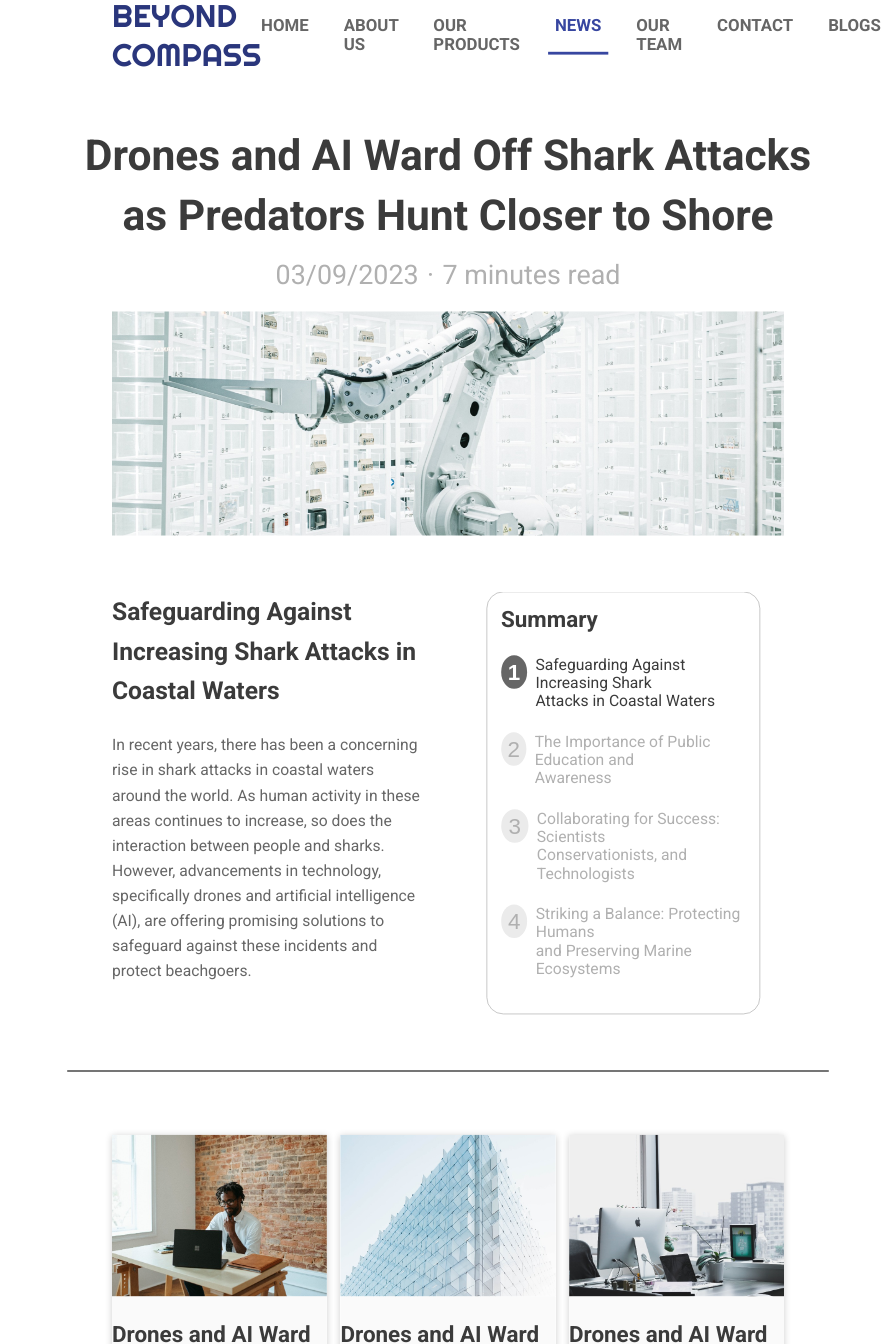
Repository: trunghau06/baitapRn
Page: pages/detailNews.html
An editor plug-in stored every save of this project. The page is shown before and after a run of saves, followed by the edit.
The browser window is 1280 px wide. The pictures show the part of the page from y = 0 to 1920 px (the page is 3676 px tall before and 3659 px after), at 70% of full size.
An inner scrolling area shows only its first screen.

Above is the page before, as saved 2025-10-09 22:06:46.

### pages/detailNews.html
<!DOCTYPE html>
<html lang="en">
<head>
    <meta charset="UTF-8">
    <meta name="viewport" content="width=device-width, initial-scale=1.0">
    <title>News</title>
    <link rel="stylesheet" href="../style/detailNews.css?v=1">
    <link rel="stylesheet" href="https://cdnjs.cloudflare.com/ajax/libs/font-awesome/6.5.1/css/all.min.css">
    <link href="https://fonts.googleapis.com/css2?family=Roboto:wght@400;700&display=swap" rel="stylesheet">
</head>
<body>
    <!-- Thanh Header -->
    <header>
        <div class="header-Page">
            <!-- Logo -->
            <div class="logo">BEYOND COMPASS</div>

            <!-- Navigation Menu -->
            <nav>
                <ul>
                    <li><a href="../index.html"               >HOME        </a></li>
                    <li><a href="about.html"              >ABOUT US    </a></li>
                    <li><a href="product.html"            >OUR PRODUCTS</a></li>
                    <li><a href="news.html" class="active">NEWS        </a></li>
                    <li><a href="team.html"               >OUR TEAM    </a></li>
                    <li><a href="contact.html"            >CONTACT     </a></li>
                    <li><a href="blogs.html"              >BLOGS       </a></li>
                </ul>
            </nav>
        </div>
    </header>

    <div class="title-detail">
        <h1>
            Drones and AI Ward Off Shark Attacks<br>
            as Predators Hunt Closer to Shore
        </h1>

        <div class="time">
            <p>03/09/2023</p>

            <p>·</p>

            <p>7 minutes read</p>
        </div>
    </div>

    <div class="image-title">
        <img src="../Images/image_new_detail1.jpg" alt="">
    </div>

    <div class="content">
        <div class="left-content">
            <h2>
                Safeguarding Against Increasing Shark Attacks in<br>
                Coastal Waters
            </h2>

            <p>
                In recent years, there has been a concerning rise in shark attacks in coastal waters around the
                world. As human activity in these areas continues to increase, so does the interaction between
                people and sharks. However, advancements in technology, specifically drones and artificial
                intelligence (AI), are offering promising solutions to safeguard against these incidents and
                protect beachgoers.
            </p>

            <p>
                One of the key advantages of drones is their ability to provide an aerial perspective of the coastal
                waters. Equipped with high-resolution cameras and real-time video streaming capabilities, drones
                can quickly and efficiently survey large stretches of coastline, identifying potential shark activity.
                This enables authorities to promptly alert beach authorities and visitors, allowing them to take
                necessary precautions or evacuate the area if needed.
            </p>

            <p>
                But it doesn't stop there. AI plays a crucial role in analyzing the vast amount of data collected by
                drones. By employing machine learning algorithms, AI systems can detect patterns and
                behaviors indicative of sharks. These algorithms can distinguish between different marine
                species, including sharks, based on their size, shape, and movement patterns. This automated
                analysis significantly reduces the time and effort required for human operators to manually
                review the drone footage, ensuring a more efficient and accurate identification process.
            </p>

            <p>
                In addition to real-time monitoring, drones equipped with AI can also act as early warning
                systems. By continuously monitoring the behavior of sharks in coastal waters, AI algorithms can
                predict the likelihood of an attack occurring. This proactive approach allows authorities to
                implement preventive measures such as deploying shark nets, increasing lifeguard presence, or
                even temporarily closing beaches during periods of heightened risk.
            </p>

            <h2>The Importance of Public Education and Awareness</h2>

            <p>
                Furthermore, the combination of drones and AI can facilitate rapid response strategies in the
                event of a shark sighting. Drones can quickly relay information to lifeguards or emergency
                responders, enabling them to reach the scene promptly and take appropriate action. This can
                include issuing warnings, guiding people away from the area, or initiating rescue operations if
                necessary.
            </p>

            <p>
                It's important to note that while drones and AI offer valuable tools in mitigating shark attacks,
                they should not be seen as a standalone solution. Public education and awareness programs are
                equally crucial in promoting responsible behavior and ensuring beachgoers understand the
                potential risks associated with entering the water. Additionally, ongoing research and
                collaboration between marine biologists, conservation organizations, and technology developers
                are vital in refining these technologies and enhancing their effectiveness over time.
            </p>

            <p>
                As we continue to navigate the delicate balance between human recreational activities and the
                natural environment, the integration of drones and AI in coastal safety measures represents a
                significant step forward. By harnessing the power of technology, we can better protect both
                humans and marine wildlife, creating a safer and more harmonious coexistence in our coastal
                waters.
            </p>

            <img src="../Images/image_new_detail2.jpg" alt="">
        </div>

        <div class="right-content">
            <div class="box-right">
                <h3>Summary</h3>

                <div class="number-active">
                    <button>1</button>

                    <p>
                        Safeguarding Against Increasing Shark<br>
                        Attacks in Coastal Waters
                    </p>
                </div>

                <div class="number">
                    <button>2</button>

                    <p>
                        The Importance of Public Education and<br>
                        Awareness
                    </p>
                </div>

                <div class="number">
                    <button>3</button>

                    <p>
                        Collaborating for Success: Scientists<br>
                        Conservationists, and Technologists
                    </p>
                </div>

                <div class="number">
                    <button>4</button>

                    <p>
                        Striking a Balance: Protecting Humans<br>
                        and Preserving Marine Ecosystems
                    </p>
                </div>
            </div>
        </div>
    </div>

    <div class="line-content"></div>

    <div class="box-section">
        <!-- box 1 -->
        <div class="box">
            <img src="../Images/image_new_2.jpg" alt="">

            <div class="content-box">
                <h4>
                    Drones and AI Ward Off Shark<br>
                    Attacks as Predators Hunt Closer <br>
                    to Shore
                </h4>

                <p>
                    Digital product design news, articles, and resources...<br>
                    delivered straight to your inbox...
                </p>

                <div class="calendar-Box">
                    <img src="../Images/ic_calendar.png" alt="">

                    <p>03/09/2023</p>
                </div>

                <div class="detail-Box">
                    <a href="detailNews.html">Read more <i class="fas fa-chevron-right"></i></a>
                </div>
            </div>
        </div>

        <!-- box 2 -->
        <div class="box">
            <img src="../Images/image_new_3.jpg" alt="">

            <div class="content-box">
                <h4>
                    Drones and AI Ward Off Shark<br>
                    Attacks as Predators Hunt Closer <br>
                    to Shore
                </h4>

                <p>
                    Digital product design news, articles, and resources...<br>
                    delivered straight to your inbox...
                </p>

                <div class="calendar-Box">
                    <img src="../Images/ic_calendar.png" alt="">

                    <p>03/09/2023</p>
                </div>

                <div class="detail-Box">
                    <p>Read now <i class="fas fa-chevron-right"></i></p>
                </div>
            </div>
        </div>

        <!-- box 3 -->
        <div class="box">
            <img src="../Images/image_new_4.jpg" alt="">

            <div class="content-box">
                <h4>
                    Drones and AI Ward Off Shark<br>
                    Attacks as Predators Hunt Closer <br>
                    to Shore
                </h4>

                <p>
                    Digital product design news, articles, and resources...<br>
                    delivered straight to your inbox...
                </p>

                <div class="calendar-Box">
                    <img src="../Images/ic_calendar.png" alt="">

                    <p>03/09/2023</p>
                </div>

                <div class="detail-Box">
                    <p>Read now <i class="fas fa-chevron-right"></i></p>
                </div>
            </div>
        </div>
    </div>

    <!-- Footer -->
    <div class="footer">
        <!-- Header -->
        <div class="header-Footer">
            <h2>BEYOND COMPASS</h2>
            <div class="social-icons">
                <button><img src="../Images/youtube.png" alt="YouTube"></button>
                <button><img src="../Images/logo_linkedin.png" alt="LinkedIn"></button>
                <button><img src="../Images/image.png" alt="Twitter"></button>
            </div>
        </div>

        <!-- Offices -->
        <div class="offices">
            <!-- Main Office -->
            <div class="office">
                <h3>Main Office: The One Vietnam Co.Ltd.</h3>
                <div class="office-info">
                    <span class="square"></span>

                    <div class="content-info">
                        <p><img src="../Images/ic_map.png" alt="">Location: 40-42 Thiên Phước, Ward 15, Dist 11, HCMC, VN</p>

                        <div class="phone-group">
                            <p><img src="../Images/ic_phone.png" alt="">Phone Number: </p>

                            <div class="phone">
                                <p>(84) 902.111.222. mobile</p>
                                <p>(84) 28.333.6668 (19 lines)</p>
                                <p>(84) 28.234.5678 (fax)</p>
                            </div>
                        </div>

                        <p><img src="../Images/ic_email.png" alt="">Email: abc@def.com</p>
                        <p><img src="../Images/ic_global.png" alt="">Fax: (123)-456-7890</p>
                    </div>
                </div>
            </div>

            <!-- Brand Offices -->
            <div class="office">
                <h3>Brand Offices: The One Office Vietnam</h3>
                <div class="brand-offices">
                    <div class="office-info">
                        <span class="square"></span>

                        <div class="content-info">
                            <p><img src="../Images/ic_map.png" alt="Location">Location: Singapore</p>
                            <p><img src="../Images/ic_phone.png" alt="Phone">Phone Number: (84) 902.111.222</p>
                            <p><img src="../Images/ic_email.png" alt="Email">Email: abc@def.com</p>
                            <p><img src="../Images/ic_global.png" alt="Fax">Fax: (123)-456-7890</p>
                        </div>
                    </div>

                    <div class="office-info">
                        <span class="square"></span>

                        <div class="content-info">
                            <p><img src="../Images/ic_map.png" alt="">Location: USA</p>
                            <p></span><img src="../Images/ic_phone.png" alt="">Phone Number: (84) 902.111.222</p>
                            <p></span><img src="../Images/ic_email.png" alt="">Email: abc@def.com</p>
                            <p></span><img src="../Images/ic_global.png" alt="">Fax: (123)-456-7890</p>
                        </div>
                    </div>
                </div>
            </div>
        </div>

        <div class="line"></div>

        <div class="footer-links">
            <div class="link-column">
            <h4>OUR PRODUCTS</h4>
            <ul>
                <li><i class="fas fa-chevron-right"></i> Company Formation</li>
                <li><i class="fas fa-chevron-right"></i> Globalization & Visas</li>
                <li><i class="fas fa-chevron-right"></i> Travel & Ticket</li>
                <li><i class="fas fa-chevron-right"></i> Logistic</li>
                <li><i class="fas fa-chevron-right"></i> Virtual Office</li>
            </ul>
            </div>

            <div class="link-column">
            <h4>COMPANY</h4>
            <ul>
                <li><i class="fas fa-chevron-right"></i> About Us</li>
                <li><i class="fas fa-chevron-right"></i> Terms of Service</li>
                <li><i class="fas fa-chevron-right"></i> Privacy Policy</li>
                <li><i class="fas fa-chevron-right"></i> Support</li>
            </ul>
            </div>
        </div>

        <footer class="footer-bottom">
            <p>Copyright © 2023 by THEONEVIETNAM.COM. All rights reserved. Designed by Tuyet Nhi.</p>
        </footer>
    </div>
</body>
</html>

### style/detailnews.css
@import url('https://fonts.googleapis.com/css2?family=Righteous&display=swap');

* {
    margin: 0;
    padding: 0;
    box-sizing: border-box;
}

body {
    font-family: 'Roboto', Arial, sans-serif;
}

/* Header */
.header-Page {
    position: fixed;
    top: 0;
    left: 0;
    width: 100%;
    margin: 0 auto;
    padding: 0 100px;
    display: flex;
    justify-content: space-between;
    align-items: center;
    height: 100px;
    background-color: white;
    z-index: 1000;
}


/* Logo */
.logo {
    font-family: 'Righteous', Arial, sans-serif;
    color: #2A367C;
    font-size: 2.8em;
    font-weight: 400;
    padding-left: 60px;
}

/* Menu */
nav ul {
    list-style: none;
    display: flex;
    gap: 50px;
    padding-right: 60px;
}

nav ul li a {
    text-decoration: none;
    color: #666666;
    font-size: 1.5em;
    font-weight: 700;
    padding-bottom: 28px;
    font-family: 'Roboto', Arial, sans-serif;
    position: relative;
}

nav ul li a::after {
    content: '';
    position: absolute;
    bottom: 0;
    left: -10px;
    right: -10px;
    height: 4px;
}

nav ul li a:hover,
nav ul li a.active {
    color: #3746A0;
}

nav ul li a:hover::after,
nav ul li a.active::after {
    background-color: #3746A0;
}

.title-detail {
    margin-top: 180px;
    width: 100%;
    display: flex;
    justify-items: center;
    align-items: center;
    text-align: center;
    flex-direction: column;
}

.title-detail h1 {
    font-size: 3.8em;
    font-weight: 700;
    color: #3B3B3B;
    line-height: 1.4;
    margin-bottom: 20px;
}

.time {
    width: 100%;
    display: flex;
    justify-content: center;
    align-items: center;
    gap: 12px;
    color: #B0B0B0;
    font-size: 2.4em;
}

.image-title {
    width: 100%;
    margin: 30px 0;
    display: flex;
    padding: 0 160px;
    justify-content: center;
}

.image-title img {
    width: 100%;
    aspect-ratio: 3/1;
    object-fit: cover;
}

.content {
    width: 100%;
    margin: 80px auto;
    display: flex;
    gap: 40px;
    padding: 0 160px;
    align-items: flex-start;
}

.left-content {
    width: 50%;
    display: flex;
    flex-direction: column;
    justify-items: flex-start;
    align-items: flex-start;
    overflow-y: auto;
    box-sizing: border-box;
    line-height: 1.6;
    height: 80vh;
    padding-right: 12px;
    scrollbar-width: none;
    -ms-overflow-style: none;
}

.left-content::-webkit-scrollbar {
    display: none;
}
.left-content h2 {
    font-size: 2.2em;
    color: #3B3B3B;
    margin-bottom: 32px;
}

.left-content p {
    font-size: 1.4em;
    color: #666666;
    margin-bottom: 32px;
}

.left-content img {
    width: 100%;
    aspect-ratio: 4/3;
    object-fit: cover;
}

.right-content {
    width: 50%;
    display: flex;
    flex-direction: column;
    justify-items: center;
    align-items: center;
}

.box-right {
    width: 85%;
    display: flex;
    flex-direction: column;
    justify-items: flex-start;
    align-items: flex-start;
    border: 1px solid #B0B0B0;
    border-radius: 24px;
    padding: 20px;
}

.box-right h3 {
    font-size: 2em;
    color: #3B3B3B;
    margin-bottom: 32px;
}

.number {
    width: 100%;
    display: flex;
    justify-items: flex-start;
    align-items: flex-start;
    gap: 12px;
}

.number button {
    width: 48px;
    height: 48px;
    border-radius: 50%;
    border: none;
    background-color: #EBEBEB;
    color: #B0B0B0;
    font-size: 2em;
    display: flex;
    justify-content: center;
    align-items: center;
}

.number p {
    font-size: 1.4em;
    color: #B0B0B0;
    margin-bottom: 32px;
}

.number-active {
    width: 100%;
    display: flex;
    justify-items: flex-start;
    align-items: flex-start;
    gap: 12px;
}

.number-active button {
    width: 48px;
    height: 48px;
    border-radius: 50%;
    border: none;
    background-color: #666666;
    color: #FFFFFF;
    font-weight: bold;
    font-size: 2em;
    display: flex;
    justify-content: center;
    align-items: center;
}

.number-active p {
    font-size: 1.4em;
    color: #3B3B3B;
    margin-bottom: 32px;
}

.line-content {
    width: 85%;
    height: 2px;
    background: #3B3B3B;
    margin: 50px auto;
}

.box-section {
    display: flex;
    flex-wrap: wrap;
    width: 100%;
    padding: 40px 160px;
    justify-content: space-between;
    align-items: stretch;
}

.box {
    width: 32%;
    overflow: hidden;
    display: flex;
    flex-direction: column;
    justify-items: center;
    align-items: center;
    padding: 0;
    margin-bottom: 24px;
    box-shadow: 0 2px 10px rgba(0,0,0,0.2);
}

.box img {
    width: 100%;
    aspect-ratio: 4/3;
    object-fit: cover;
}

.content-box {
    width: 100%;
    display: flex;
    flex-direction: column;
    align-items: flex-start;
    justify-content: flex-start;
    padding: 15px 0 35px 0;
    background-color: #FAFAFA;
    border-radius: 0 0 16px 16px;
}

.content-box h4 {
    font-family: 'Roboto', Arial, sans-serif;
    color: #3B3B3B;
    font-size: 2em;
    font-weight: 700;
    margin: 20px 0;
    justify-items: flex-start;
}

.content-box p {
    font-family: 'Roboto', Arial, sans-serif;
    font-size: 1.4em;
    font-weight: 400;
    margin-bottom: 20px;
    justify-items: flex-start;
    color: #666666 !important;
}

.calendar-Box {
    width: 100%;
    display: flex;
    align-items: center;
    gap: 8px;
    margin-bottom: 20px;
    justify-items: flex-start;
}

.calendar-Box img {
    width: 24px;
    height: 24px;
}

.calendar-Box p {
    font-family: 'Roboto', Arial, sans-serif;
    font-size: 1.4em;
    font-weight: 500;
    color: #B0B0B0;
    margin: 0;
}

.detail-Box {
    display: flex;
    width: 100%;
    font-size: 0.9em;
}

.content-box .detail-Box p {
    color: #4D63E2 !important;
    font-size: 1.4em;
}

.content-box .detail-Box a {
    color: #4D63E2 !important;
    font-size: 1.4em;
}

/* Footer */
.footer {
  display: flex;
  flex-direction: column;
  background-color: #3746A0;
}

.header-Footer {
    display: flex;
    justify-content: space-between;
    align-items: center;
    padding: 20px 160px;
    margin-top: 50px;
}

.header-Footer h2 {
    font-size: 3em;
    font-weight: bold;
    letter-spacing: 2px;
    font-family: 'Righteous', Arial, sans-serif;
    color: #FFFFFF;
}

.social-icons {
    display: flex;
    gap: 15px;
}

.social-icons button {
    background: #FFFFFF;
    border: none;
    cursor: pointer;
    width: 80px;
    height: 80px;
    border-radius: 10px;
    display: flex;
    align-items: center;
    justify-content: center;
}

.social-icons button img {
    width: 70%;
    height: 70%;
    object-fit: contain;
}

.offices {
    padding: 10px 160px;
    display: grid;
    grid-template-columns: 1fr 1fr;
    gap: 40px;
    margin-top: 30px;
}

.brand-offices {
    display: grid;
    grid-template-columns: 1fr 1fr;
    gap: 60px;
}

.office h3 {
    margin-bottom: 15px;
    font-size: 1.8em;
    color: #FFFFFF;
}

.office-info {
    position: relative;
    margin-bottom: 20px;
    display: flex;
    align-items: flex-start;
}

.office-info .square {
    position: absolute;
    left: 0;
    top: 25px;
    width: 24px;
    height: 24px;
    background: #202A5F;
    border-radius: 4px;
}

.content-info {
    padding-left: 50px;
}

.content-info p {
    margin: 28px 0;
    display: flex;
    align-items: center;
    font-size: 1.2em;
    color: #FFFFFF;
}

.phone-group {
    display: flex;
    justify-content: left;
    align-items: flex-start;
    gap: 10px;
}

.phone-group p {
    margin: 0;
    font-size: 1.2em;
    margin-bottom: 28px;
    color: #FFFFFF;
}

.phone-group .phone p:nth-of-type(3) {
    margin-bottom: 0;
}

.phone {
    display: flex;
    flex-direction: column;
    text-align: left;
}

.content-info img {
    width: 30px;
    height: 30px;
    margin-right: 16px;
    vertical-align: middle;
    filter: brightness(0) invert(1);
}

.line {
    width: 86%;
    height: 2px;
    background: rgba(255,255,255,0.5);
    margin: 0 auto 40px auto;
}

.footer-links {
  display: flex;
  justify-content: left;
  gap: 200px;
  padding: 20px 160px;
  margin-bottom: 50px;
}

.link-column h4 {
  margin-bottom: 15px;
  font-size: 1.8em;
  font-weight: bold;
  color: #FFFFFF;
  text-transform: uppercase;
}

.link-column ul {
  list-style: none;
  padding: 0 10px;
}

.link-column ul li {
  margin: 28px 0;
  font-size: 1.2em;
  display: flex;
  align-items: center;
  color: #FFFFFF;
}

.link-column ul li i {
  margin-right: 24px;
  font-size: 1em;
  color: #FFFFFF;
}

.footer-bottom {
  margin-top: auto;
  background: #fff;
  text-align: center;
  padding: 30px 0;
  font-size: 14px;
  color: #555;
  border-top: 1px solid #ddd;
}

After the next 3 saves:
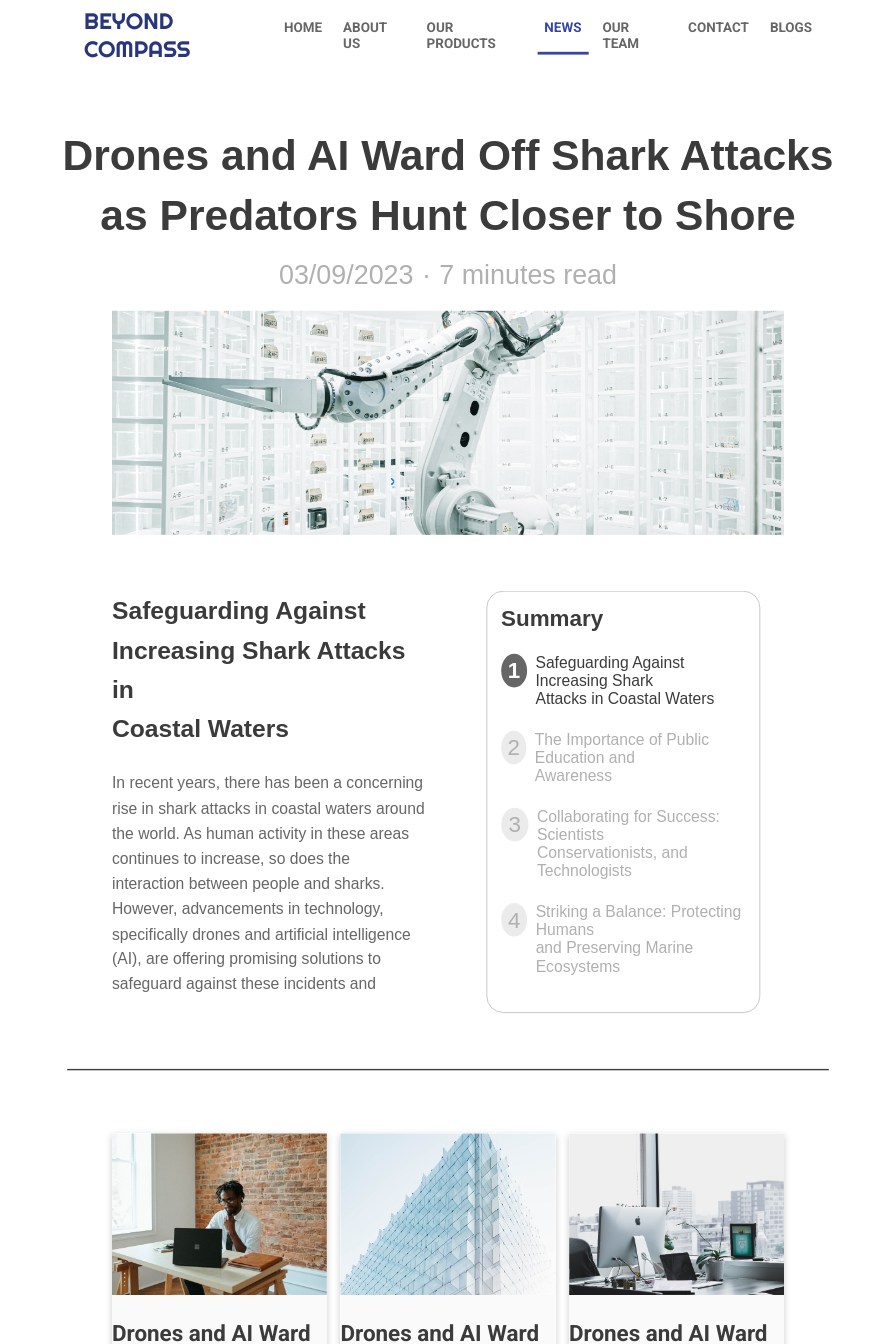
The 3 saves are shown as one change because they came seconds apart.
The last was saved 25 s later.
--- a/style/detailnews.css
+++ b/style/detailnews.css
@@ -7,7 +7,7 @@
 }
 
 body {
-    font-family: 'Roboto', Arial, sans-serif;
+    font-family: Arial, sans-serif;
 }
 
 /* Header */
@@ -17,7 +17,7 @@ body {
     left: 0;
     width: 100%;
     margin: 0 auto;
-    padding: 0 100px;
+    padding: 0 60px;
     display: flex;
     justify-content: space-between;
     align-items: center;
@@ -31,7 +31,7 @@ body {
 .logo {
     font-family: 'Righteous', Arial, sans-serif;
     color: #2A367C;
-    font-size: 2.8em;
+    font-size: 2em;
     font-weight: 400;
     padding-left: 60px;
 }
@@ -40,14 +40,14 @@ body {
 nav ul {
     list-style: none;
     display: flex;
-    gap: 50px;
+    gap: 30px;
     padding-right: 60px;
 }
 
 nav ul li a {
     text-decoration: none;
     color: #666666;
-    font-size: 1.5em;
+    font-size: 1.2em;
     font-weight: 700;
     padding-bottom: 28px;
     font-family: 'Roboto', Arial, sans-serif;
